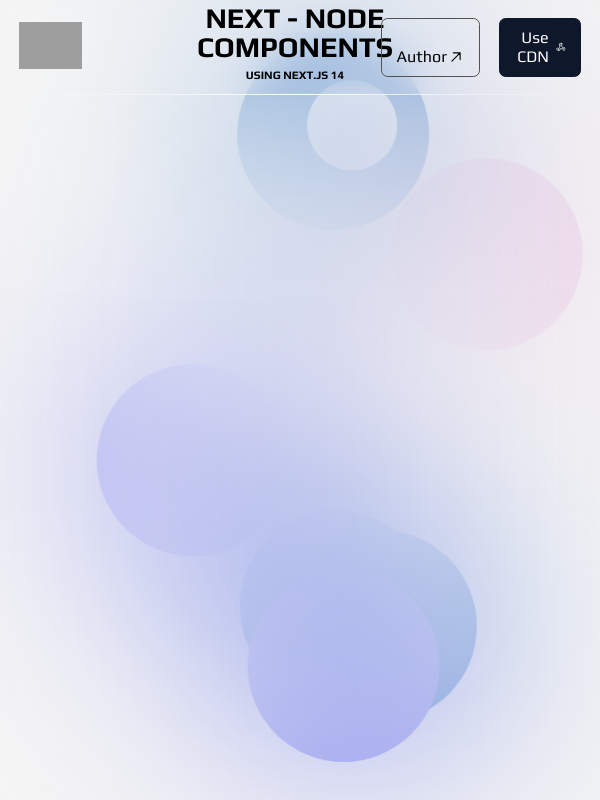
Repository: keval-gohil/komponents
Page: /
An editor plug-in stored every save of this project. The page is shown before and after the next save, followed by the edit.
The browser window is 600 px wide. The pictures show the whole page.
Pictures or frames that could not be fetched are drawn as grey boxes. Some web fonts or font styles are not loaded; a fallback is used. The project was rebuilt for these pictures with package versions that can differ from the ones it lists, and the page was loaded fresh each time. The framework's server and built-in components were replaced by stand-ins that run in the browser. Also part of the build but not shown: next.config.mjs.

Above is the page before, as saved 2024-03-07 17:54:42.

After the next save:
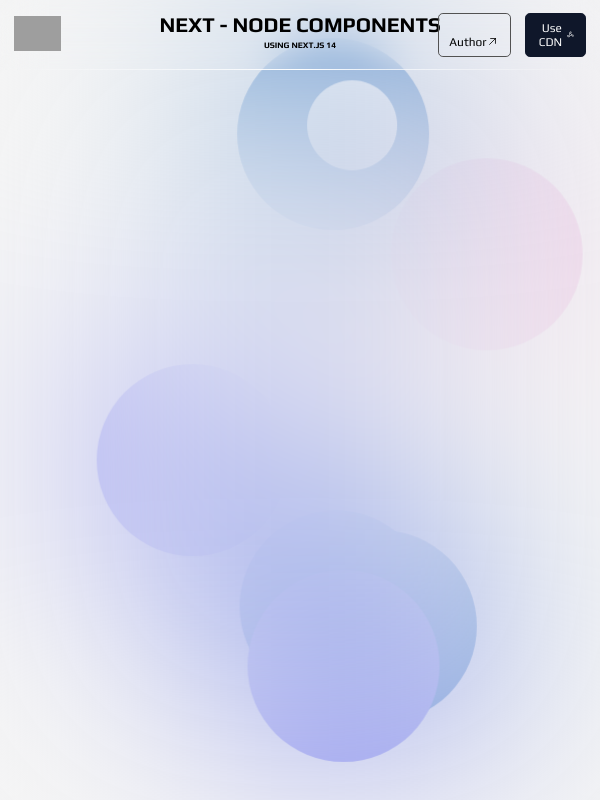
Saved 5 s later.
--- a/app/globals.css
+++ b/app/globals.css
@@ -139,6 +139,6 @@
   }
   @media (max-width: 700px) {
 	html{
-		font-size: 9.5px;
+		font-size: 7px;
 	}
   }
